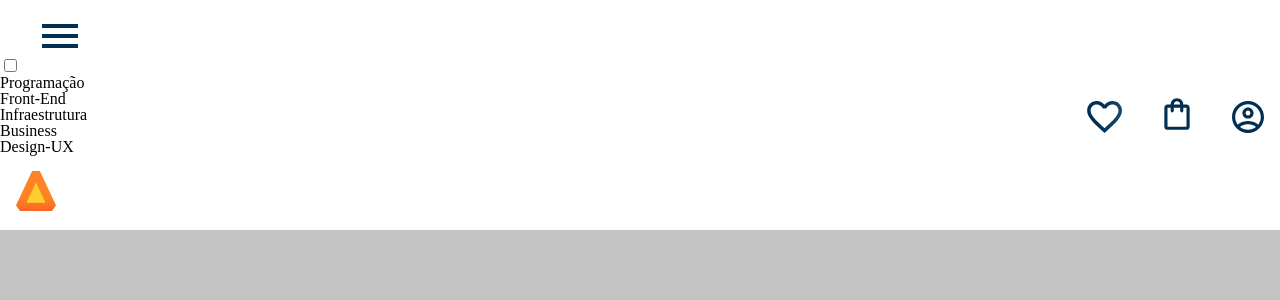
Repository: DamnDTX/projeto-mobile
Page: index.html
These files come from the project's save history. The page is drawn as it stood at one moment and after the next save; the edit follows.
The browser window is 1280 px wide. The pictures show the whole page.

Above is the page before, as saved 2023-07-26 22:25:14.

### index.html
<!DOCTYPE html>
<html lang="pt-br">
<head>
    <meta charset="UTF-8">
    <meta name="viewport" content="width=device-width, initial-scale=1.0">
    <title>Mobile project</title>
    <link href="./styles/reset.css" rel="stylesheet">
    <link href="./styles/styles.css" rel="stylesheet">


</head>
<body>
    <header class="cabecalho">
       <!--ELEMENTOS Á ESQUERDA-->

        <div class="container">
            <input type="checkbox" id="menu" class="container__botao">
            <label for="menu">
            <span class="cabecalho__menu-hamburguer container__imagem"></span>
            </label>
            <ul class="lista-menu">
                <li class="lista-menu__titulo">
                    Programação
                </li>

                <li class="lista-menu__item">
                    Front-End
                </li>

                <li class="lista-menu__item">
                    Infraestrutura
                </li>

                <li class="lista-menu__item">
                    Business
                </li>

                <li class="lista-menu__item">
                    Design-UX
                </li>
            </ul>
             <img src="./img/Logo.svg" class="container__imagem" alt="logo-AluraBooks">
    </div>

        <!--ELEMENTOS Á DIREITA-->

    <div class="container">
        <a href="#"><img src="./img/Favoritos.svg " class="container__imagem" alt="Favoritos"></a>

        <a href="#"><img src="./img/Sacola.svg" class="container__imagem"   alt="Sacola"></a>

        <a href="#"><img src="./img/Usuario.svg"  class="container__imagem" alt="Usuario"></a>
    </div>

</header>
    <main></main>
    <footer>

    </footer>
</body>
</html>

### styles/styles.css
@import url(../styles/header.css);
/* Usamos o '@import" aqui pelo motivo de ser mais rádio o carregamento do arquivo, além de deixar o index.html com menos códigos*/


:root{
    --cor-de-fundo-branco:#FFFFFF;
    --cor-de-fundo: #C4C4C4;
    --cor-titulos:#002F52;
    --cor--botoes:#EB9B00;
    --fonte-geral: 'Poppins', sans-serif;
    --tamanho-fonte-titulo:2rem;
}

@import url('https://fonts.googleapis.com/css2?family=Poppins&display=swap');

body{
    background-color: var(--cor-de-fundo);
}

.cabecalho{
    background-color: white;
    display: flex;
    justify-content: space-between;
    align-items: center;
}

### styles/header.css
.cabecalho__menu-hamburguer {
    width:40px;
    height:40px;
    background-image: url(../img/Menu.svg);
    display: inline-block;
}

/* inline-block pois assim permite ajustes de altura e largura, lembrando que com o display=block não conseguimos fazer tais ajustes */

.cabecalho{
    background-color: var(--cor-de-fundo-branco);
    display: flex;
    justify-content: space-between;
    align-items: center;
}

/*APÓS ESTA LINHA ACIMA OS ELEMENTOS FICARAM Á ESQUERDA, MAS ISTO ACONTECEU POIS COLOCAMOS-O EM OUTRO ARQUIVO CSS, ESTE ESQUEMA É MUITO BOM QUANDO PRECISAMOS FAZER UM MENU DESSE JEITO SEM USAR JAVASCRIPT, CLARO, O GRANDE SEGREDO FOI O 'justify-content'*/

.container__imagem{
    padding: 1rem;
    background-position: center;
    background-repeat: no-repeat;
}

Loaded but not shown: styles/reset.css (common file)

After the next save:
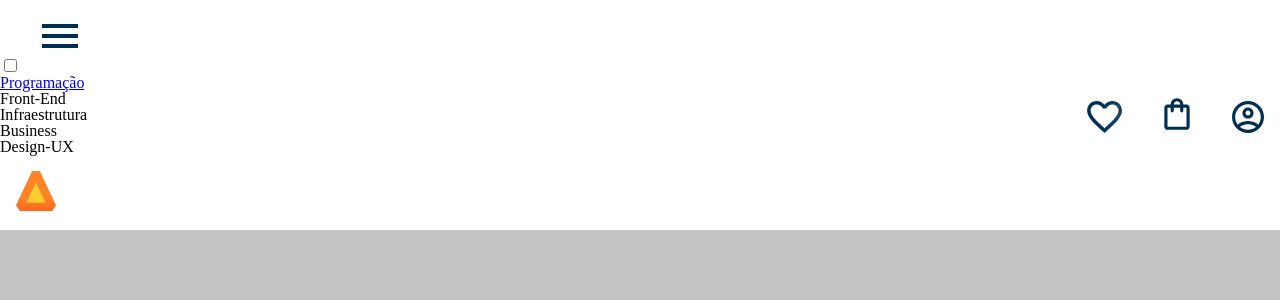
Saved 58 s later.
--- a/index.html
+++ b/index.html
@@ -20,7 +20,7 @@
             </label>
             <ul class="lista-menu">
                 <li class="lista-menu__titulo">
-                    Programação
+                 <a href="#" class="lista-menu__link">Programação</a>
                 </li>
 
                 <li class="lista-menu__item">
